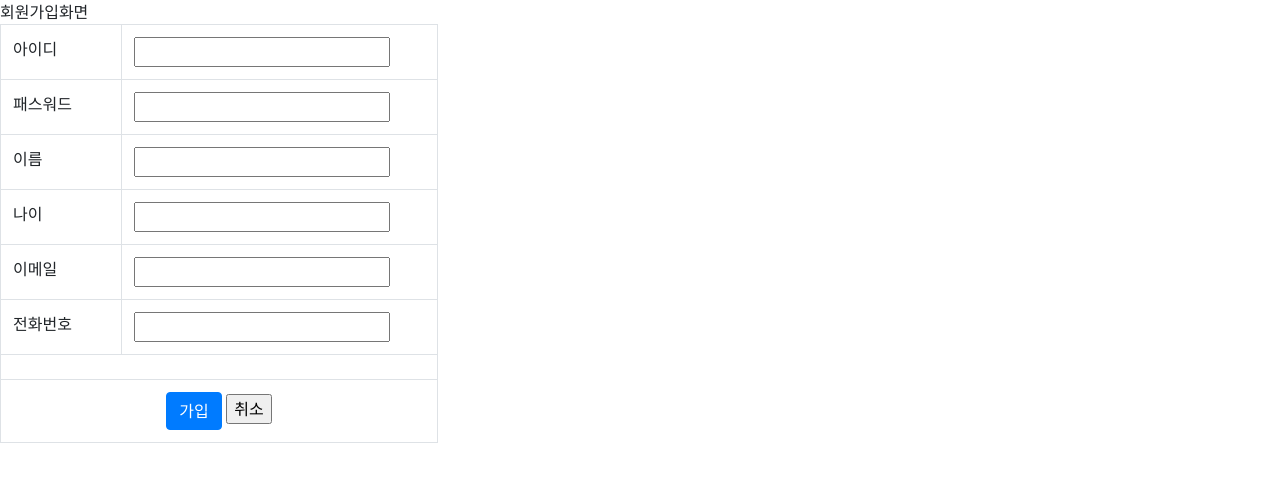
Repository: eastzi/workspace.edu
Page: MVC01/src/main/webapp/member/memberRegister.html
The author's editor kept a copy of each file at every save. The page is drawn from the files as they stood at one save, then again after the next save.
The browser window is 1280 px wide. The pictures show the whole page.

Above is the page before, as saved 2022-10-13 02:40:20.

### MVC01/src/main/webapp/member/memberRegister.html
<!DOCTYPE html>
<html>
<head>
<meta charset="UTF-8">
<title>Insert title here</title>
<meta name="viewport" content="width=device-width, initial-scale=1">
<link rel="stylesheet" href="https://cdn.jsdelivr.net/npm/bootstrap@4.6.1/dist/css/bootstrap.min.css">
<script src="https://cdn.jsdelivr.net/npm/jquery@3.6.0/dist/jquery.slim.min.js"></script>
<script src="https://cdn.jsdelivr.net/npm/popper.js@1.16.1/dist/umd/popper.min.js"></script>
<script src="https://cdn.jsdelivr.net/npm/bootstrap@4.6.1/dist/js/bootstrap.bundle.min.js"></script>
</head>
<body>
회원가입화면
<form action="memberInsert.do" method="post">
<table class="tg table table-bordered" style="table-layout: fixed; width: 437px">
<colgroup>
<col style="width: 121px">
<col style="width: 316px">
</colgroup>
  <tr>
    <td class="tg-0lax">아이디</td>
    <!-- input의 name은 form 태그 속 파라메터 -> memberVO와 DB 속 컬럼명과 통일하기  -->
    <td class="tg-0lax"><input type="text" name="id"/></td>
  </tr>
  <tr>
    <td class="tg-0lax">패스워드</td>
    <td class="tg-0lax"><input type="password" name="pass"/></td>
  </tr>
  <tr>
    <td class="tg-0lax">이름</td>
    <td class="tg-0lax"><input type="text" name="name"/></td>
  </tr>
  <tr>
    <td class="tg-0lax">나이</td>
    <td class="tg-0lax"><input type="text" name="age"/></td>
  </tr>
  <tr>
    <td class="tg-0lax">이메일</td>
    <td class="tg-0lax"><input type="text" name="email"/></td>
  </tr>
  <tr>
    <td class="tg-0lax">전화번호</td>
    <td class="tg-0lax"><input type="text" name="phone"/></td>
  </tr>
  <tr>
    <td class="tg-0lax" colspan="2"></td>
  </tr>
  <tr>
    <td colspan="2" align="center">
      <input type="submit" value="가입" class="btn btn-primary"/>
      <input type="reset" value="취소" />
    </td>
  </tr>
</table>
</form>
</body>
</html>

After the next save:
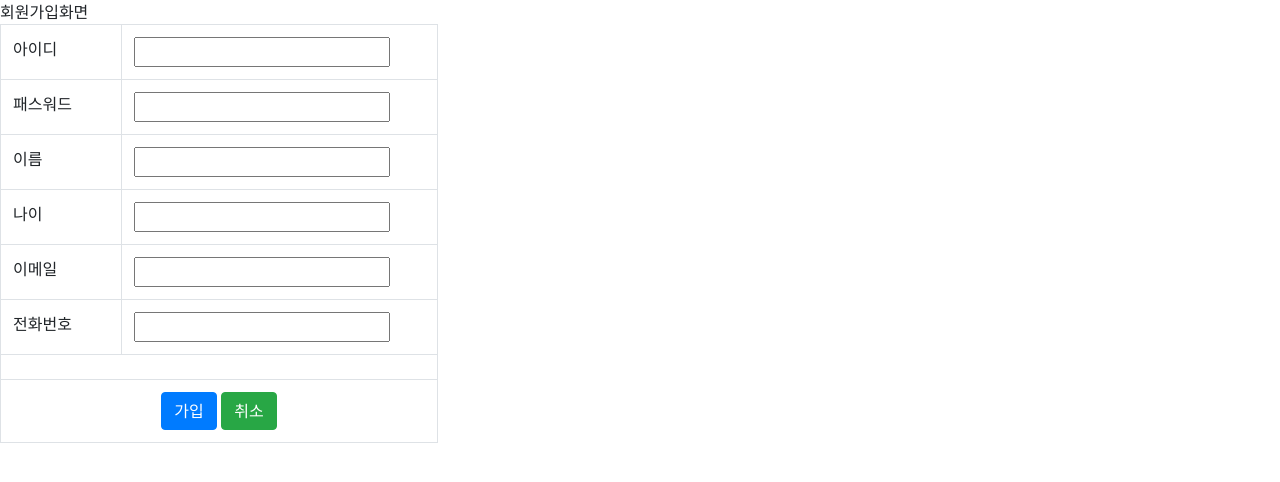
Saved 7 s later.
--- a/MVC01/src/main/webapp/member/memberRegister.html
+++ b/MVC01/src/main/webapp/member/memberRegister.html
@@ -48,7 +48,7 @@
   <tr>
     <td colspan="2" align="center">
       <input type="submit" value="가입" class="btn btn-primary"/>
-      <input type="reset" value="취소" />
+      <input type="reset" value="취소" class="btn btn-success"/>
     </td>
   </tr>
 </table>
